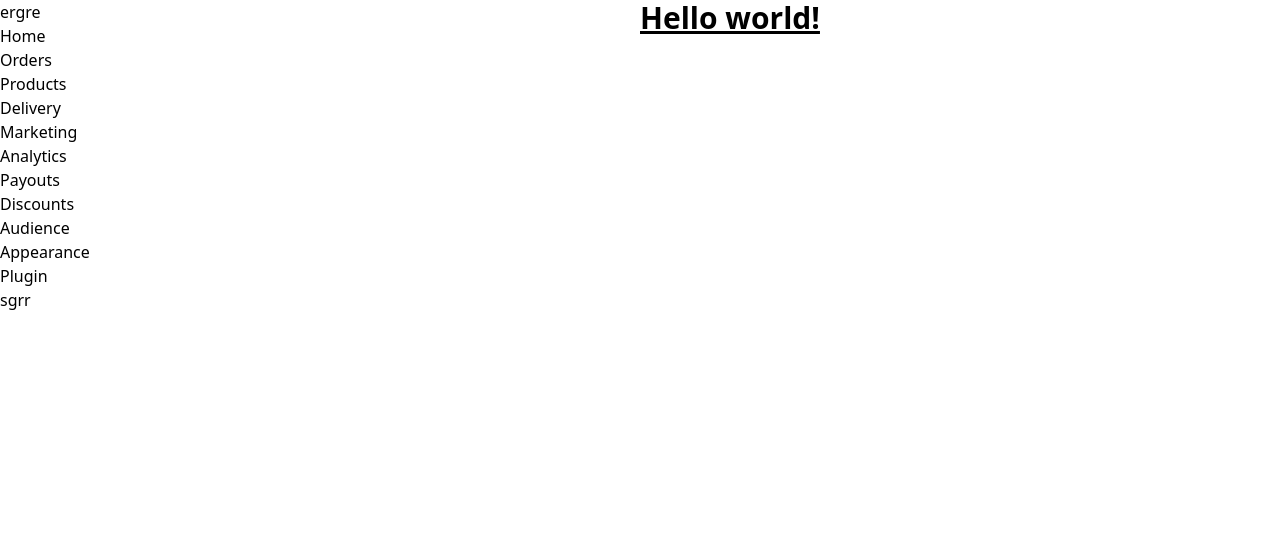
Repository: Yh010/dukaanDashboard
Page: /
An editor plug-in stored every save of this project. The page is shown before and after the next save, followed by the edit.
The browser window is 1280 px wide. The pictures show the whole page.
The project was rebuilt for these pictures with package versions that can differ from the ones it lists, and the page was loaded fresh each time. Also part of the build but not shown: vite.config.js, src/App.css.

Above is the page before, as saved 2024-01-21 11:25:28.

### src/App.jsx
/* import { useState } from 'react' */
/* import reactLogo from './assets/react.svg'
import viteLogo from '/vite.svg' */
import './App.css'
import SideNavBar from './components/sidenavbar'

function App() {
/*   const [count, setCount] = useState(0) */

  return (
    <div className='grid grid-cols-2'>
       <SideNavBar/>
        <h1 className="text-3xl font-bold underline">
            Hello world!
        </h1>

    </div>

  )
}

export default App

### src/components/sidenavbar.jsx
function SideNavBar() {
    return (
        <div className="sidenavbar space-y-48 ">

            <div className="justify-between">
                <div>
                    <div id="head">
                        ergre
                    </div>

                    <div id="items">
                        <ul>
                            <li>Home</li>
                            <li>Orders</li>
                            <li>Products</li>
                            <li>Delivery</li>
                            <li>Marketing</li>
                            <li>Analytics</li>
                            <li>Payouts</li>
                            <li>Discounts</li>
                            <li>Audience</li>
                            <li>Appearance</li>
                            <li>Plugin</li>
                        </ul>
                    </div>
                </div>

                <div id="credits">
                    sgrr
                </div>
            </div>

        </div>
    );
}

export default SideNavBar;

Loaded but not shown: index.html (common file); src/main.jsx (common file); src/index.css (common file); tailwind.config.js (common file)

After the next save:
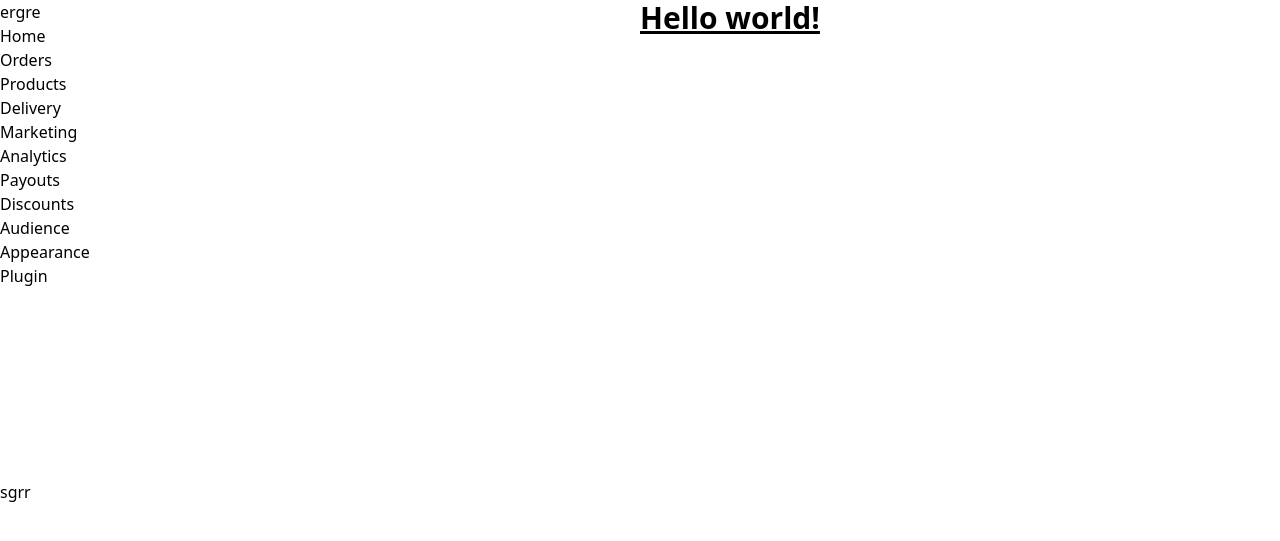
Saved 37 s later.
--- a/src/components/sidenavbar.jsx
+++ b/src/components/sidenavbar.jsx
@@ -1,8 +1,8 @@
 function SideNavBar() {
     return (
-        <div className="sidenavbar space-y-48 ">
+        <div className="sidenavbar  ">
 
-            <div className="justify-between">
+            <div className=" space-y-48 justify-between">
                 <div>
                     <div id="head">
                         ergre
